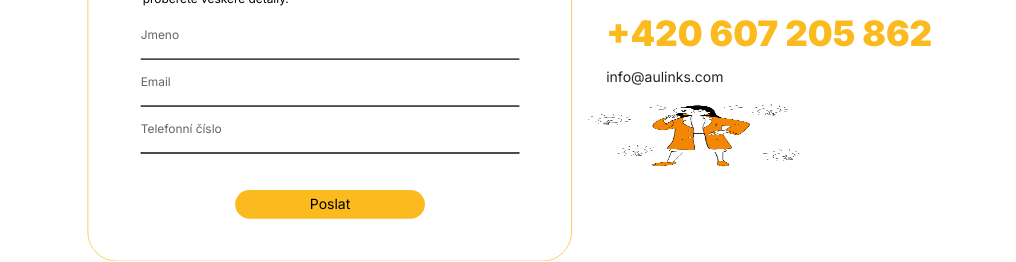
Repository: bilday08/bilday08.github.io
Page: page2.html
An editor plug-in stored every save of this project. The page is shown before and after the next save, followed by the edit.
The browser window is 1280 px wide. The page is 1452 px wide, so the pictures cover 1452 px, including what lies to the right of the window. The pictures show the part of the page from y = 4811 to 6491 px (the page is 5185 px tall before and 6491 px after), at 70% of full size.

Above is the page before, as saved 2022-10-16 01:28:25.

After the next save:
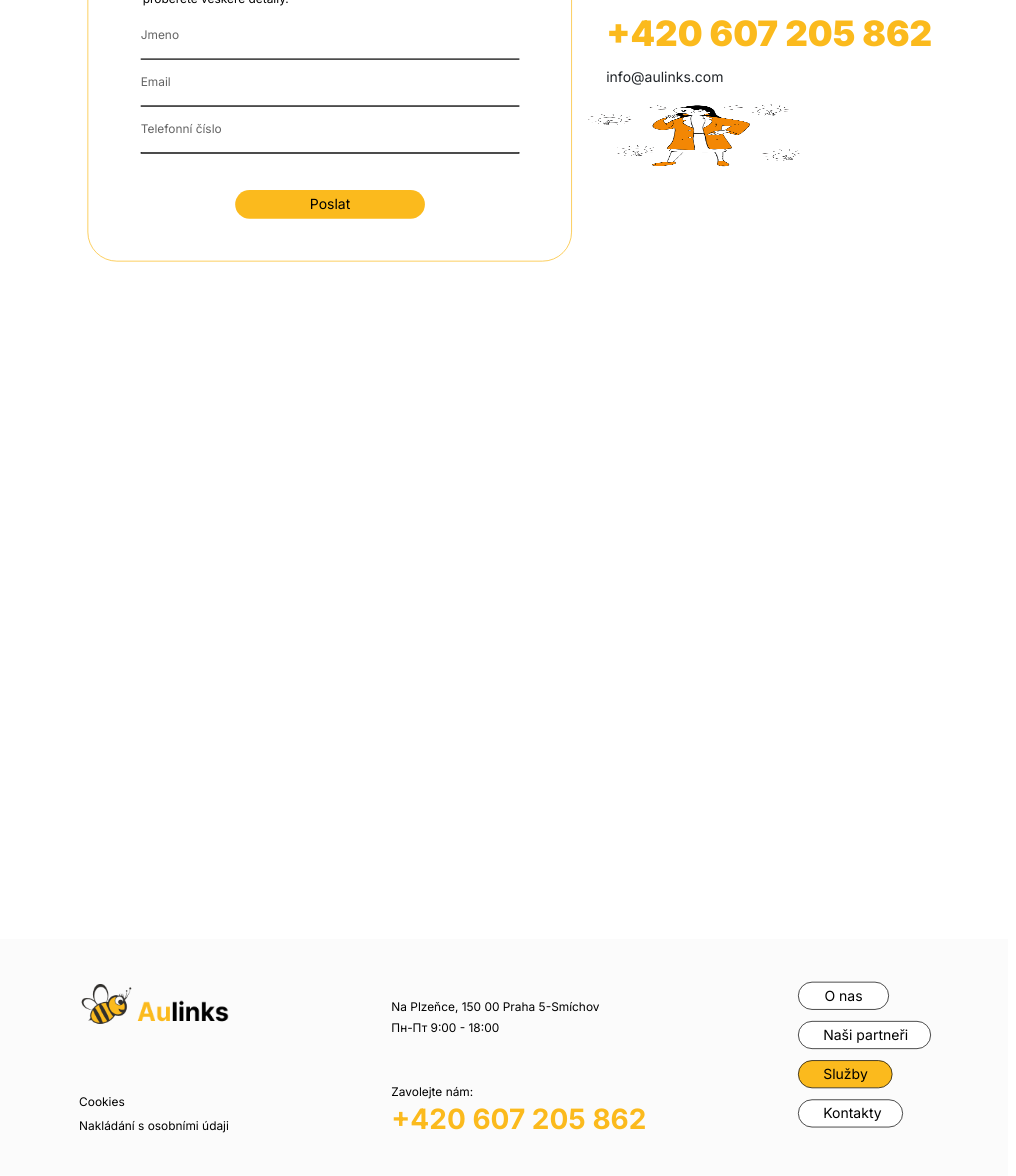
Saved 87 s later.
--- a/style2.css
+++ b/style2.css
@@ -6,6 +6,7 @@
 }
 .wrapper{
     max-width: 1440px;
+    height: 6153px;
 }
   /*hedder*/
 .container-top{
